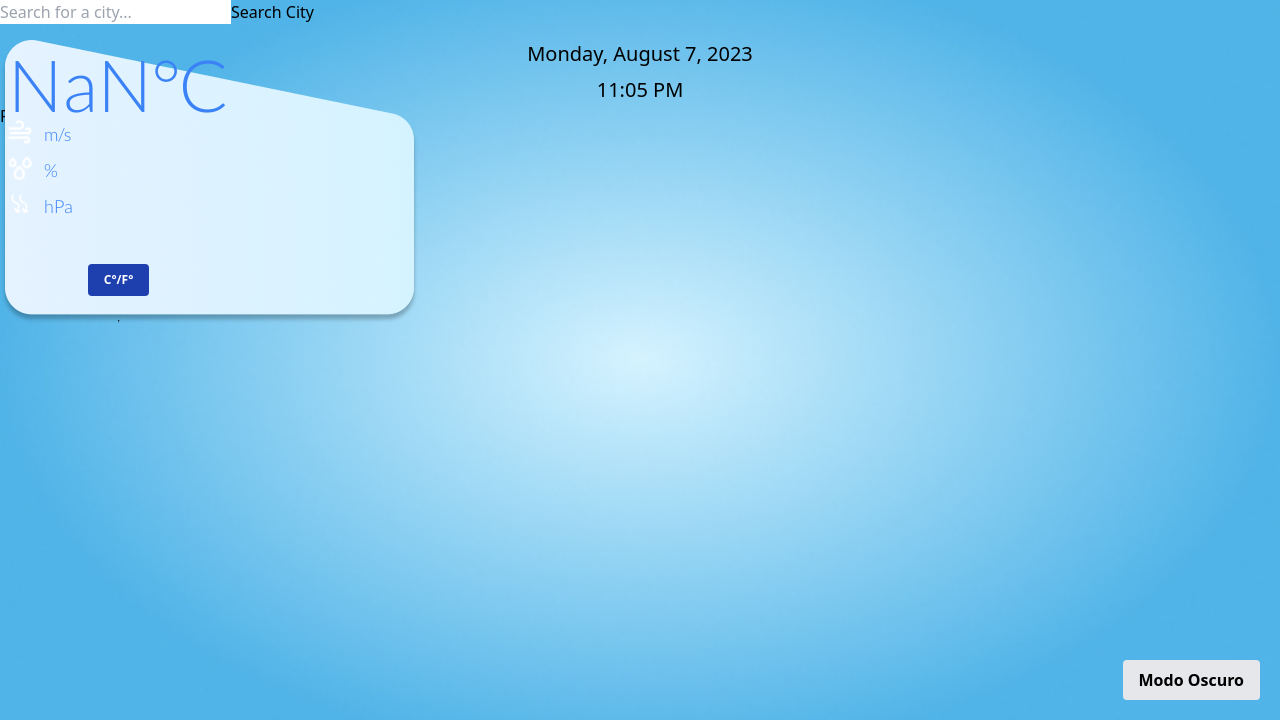
Repository: LukasMoyano/WeatherApp-_-LukasMoyano-_-V-_4.0_6.6.6
Page: /
An editor plug-in stored every save of this project. The page is shown before and after the next save, followed by the edit.
The browser window is 1280 px wide. The pictures show the whole page.
The page's requests for data from a server got no answer. The project was rebuilt for these pictures with package versions that can differ from the ones it lists, and the page was loaded fresh each time. No one was signed in, and anything a server would have sent is missing. Also part of the build but not shown: vite.config.js.

Above is the page before, as saved 2023-08-08 00:18:04.

After the next save:
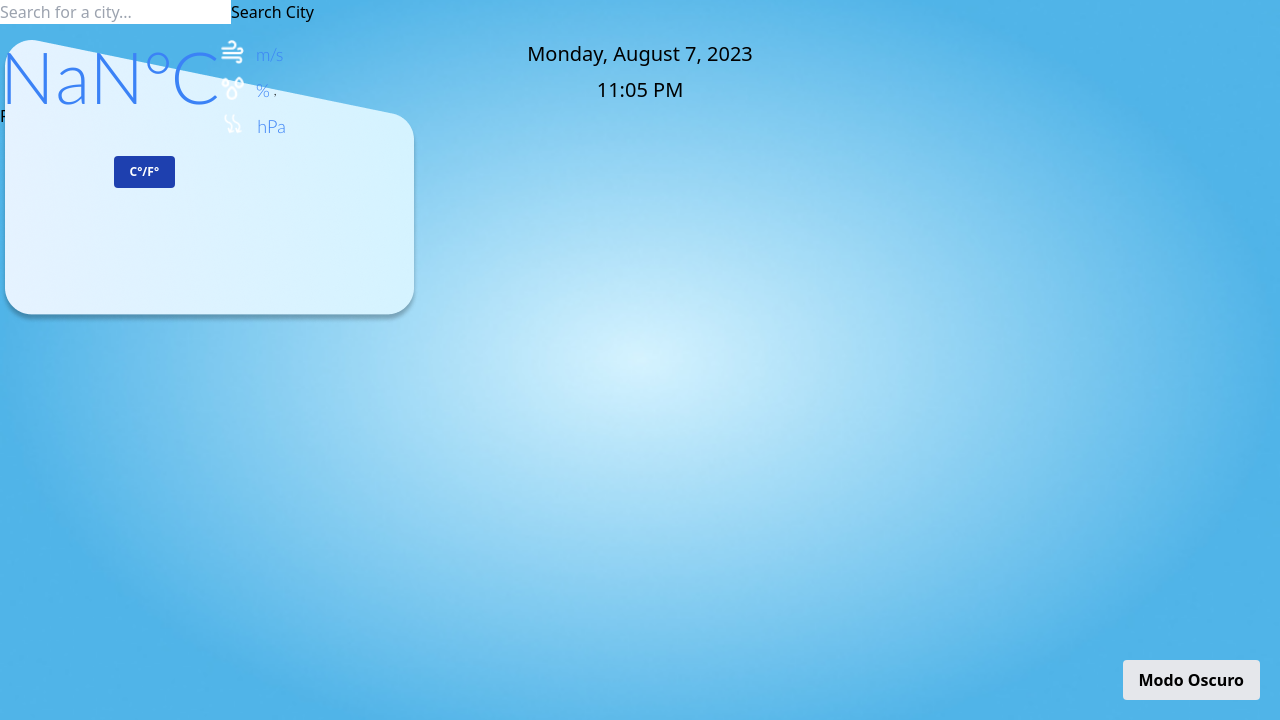
Saved 69 s later.
--- a/src/components/Weather.jsx
+++ b/src/components/Weather.jsx
@@ -77,7 +77,7 @@
       <section className="absolute z-10 grid grid-cols-2 justify-center-items-center">
 
         {/* Columna Izquierda */}
-        <div className="p-2 text-center">
+        <div className="flex flex-colp-2 text-center">
 
           {/* Temperatura Actual */}
           <div className={` font-lato font-Lato text-7xl font-light leading-23 tracking-normal text-center text-blue-500

After the save that followed:
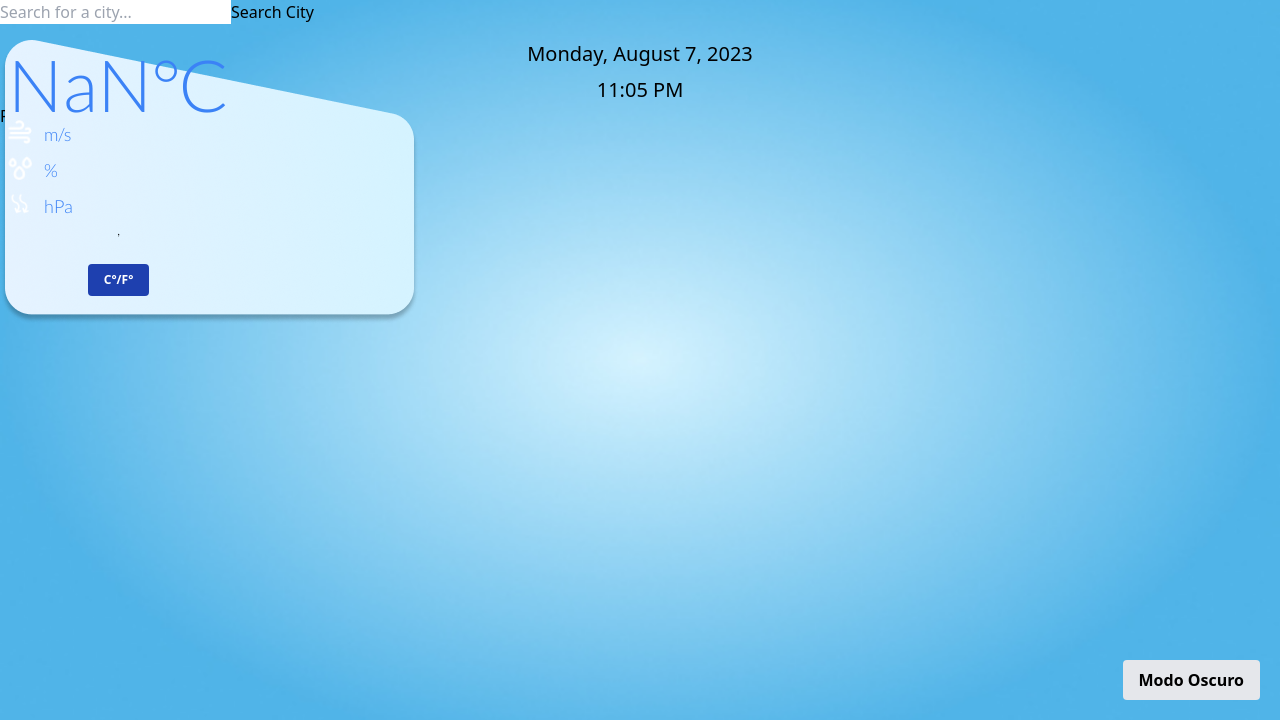
Saved 12 s later.
--- a/src/components/Weather.jsx
+++ b/src/components/Weather.jsx
@@ -77,7 +77,7 @@
       <section className="absolute z-10 grid grid-cols-2 justify-center-items-center">
 
         {/* Columna Izquierda */}
-        <div className="flex flex-colp-2 text-center">
+        <div className="flex flex-col p-2 text-center">
 
           {/* Temperatura Actual */}
           <div className={` font-lato font-Lato text-7xl font-light leading-23 tracking-normal text-center text-blue-500
